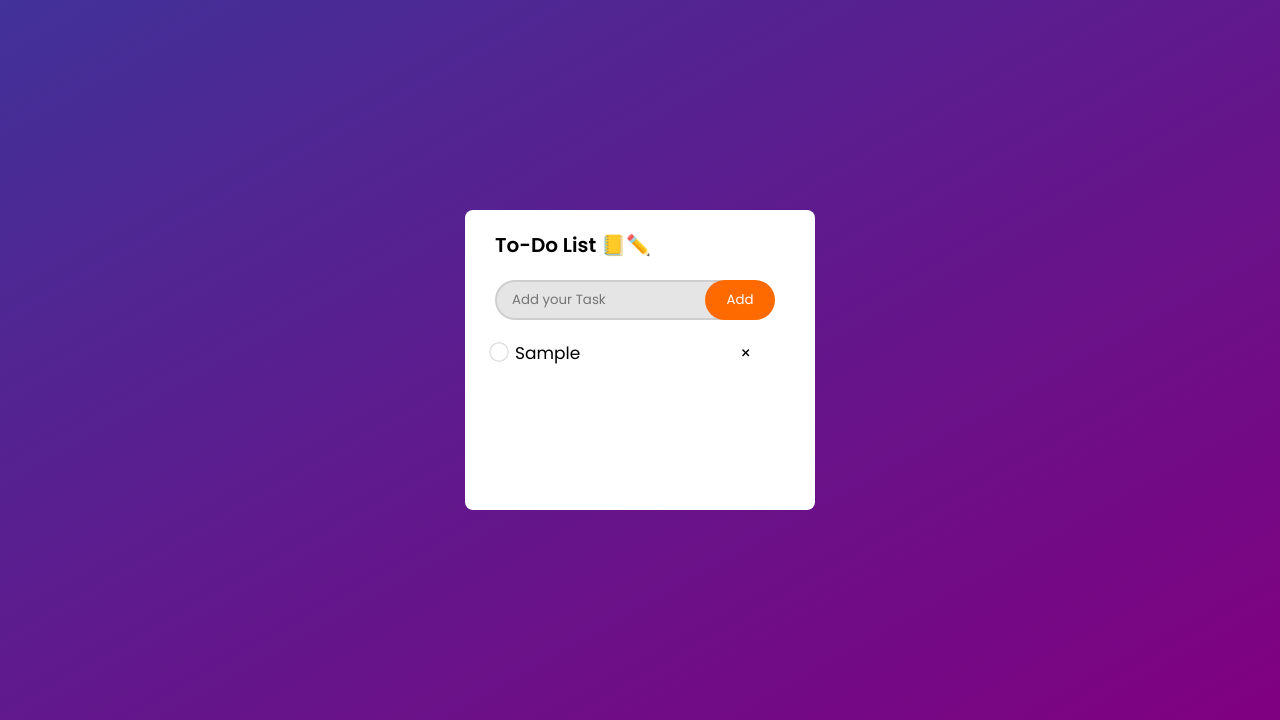
Repository: Ankitkr2021/To-Do-List
Page: index.html
The author's editor kept a copy of each file at every save. The page is drawn from the files as they stood at one save, then again after the next save.
The browser window is 1280 px wide. The pictures show the whole page.
Empty fields were first filled with sample values (such as "Sample", 5 or name@example.com).
After loading, the first visible `button` was clicked once.

Above is the page before, as saved 2025-10-03 11:34:51.

After the next save:
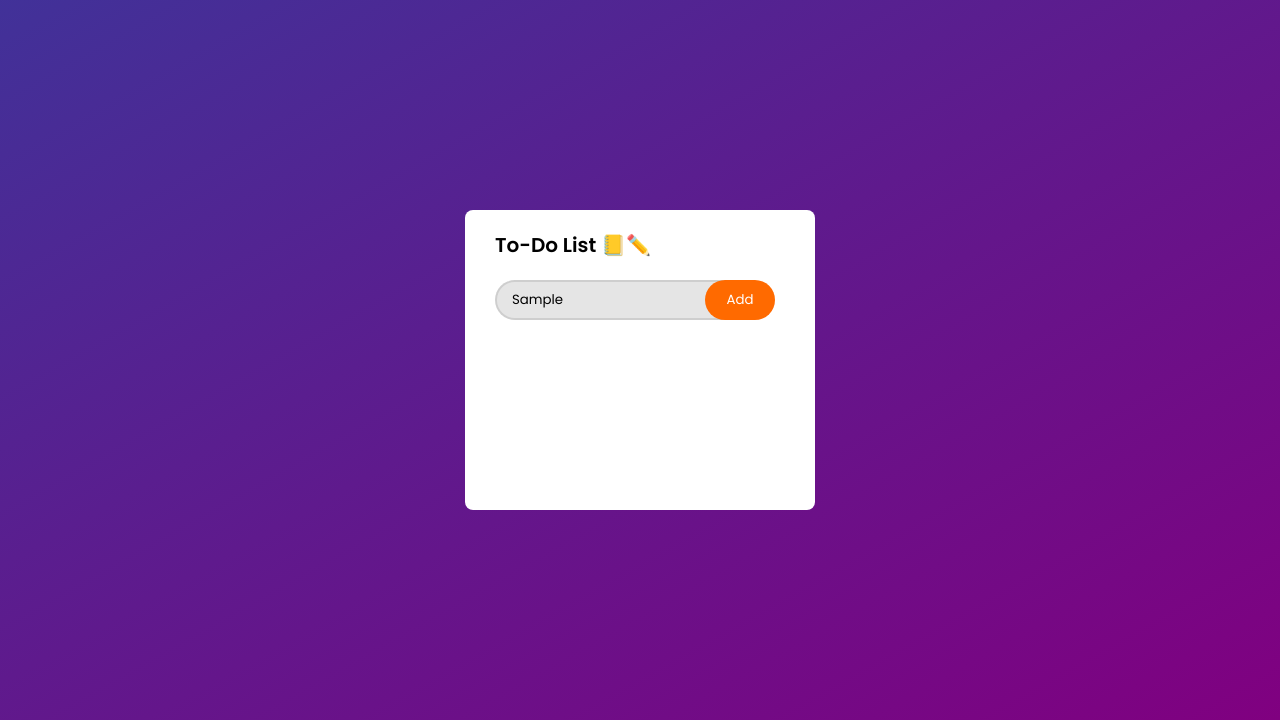
Console error: SyntaxError: Unexpected token '}'
Saved 15 s later.
--- a/script.js
+++ b/script.js
@@ -12,6 +12,7 @@
         let span = document.createElement("span");
         span.innerHTML = "\u00d7";
         li.appendChild(span);
+        span.
     }
       inputBox.value = "";
 }

After the 3 saves that followed:
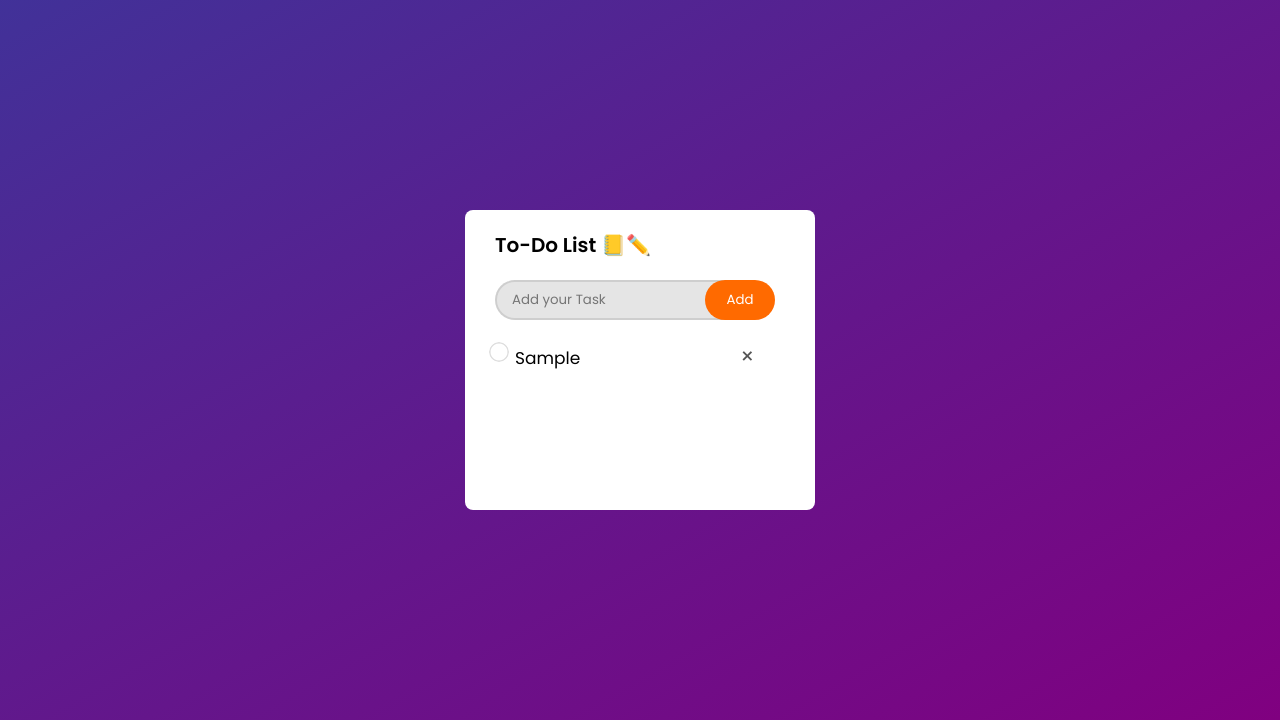
The error is gone.
The 3 saves are shown as one change because 2 left the picture as it was.
The last was saved 50 s later.
--- a/style.css
+++ b/style.css
@@ -89,4 +89,8 @@ ul li.checked::before {
 
 ul li span {
     margin-left: 160px;
+    width: 40px;
+    height: 40px;
+    font-size: 22px;
+    color: #555;
 }
--- a/script.js
+++ b/script.js
@@ -12,7 +12,6 @@
         let span = document.createElement("span");
         span.innerHTML = "\u00d7";
         li.appendChild(span);
-        span.
     }
       inputBox.value = "";
 }
